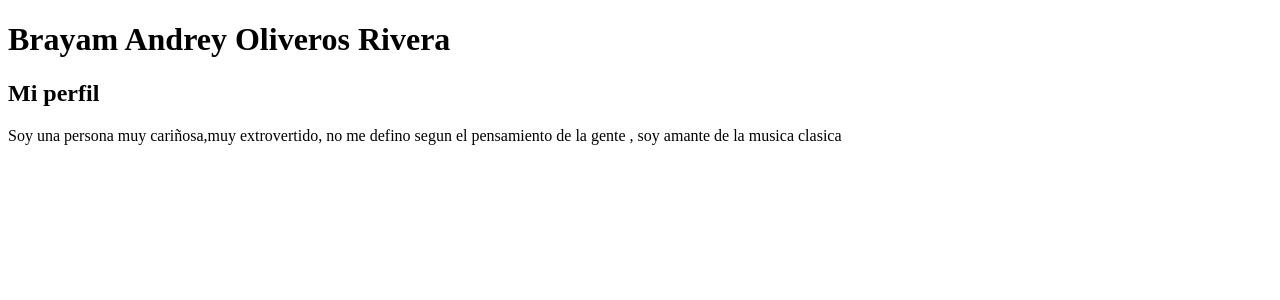
Repository: AndreyRi13/clasesweb
Page: index.html
These files come from the project's save history. The page is drawn as it stood at one moment and after a run of saves; the edit follows.
The browser window is 1280 px wide. The pictures show the whole page.

Above is the page before, as saved 2020-09-17 07:21:40.

### index.html
<!DOCTYPE html>
<html lang="en">
<head>
    <meta charset="UTF-8">
    <meta name="viewport" content="width=device-width, initial-scale=1.0">

    <title>Mi primera pagina</title>
</head>
<body>
<h1>Brayam Andrey Oliveros Rivera</h1>

  <h2>Mi perfil</h2>

  <p>Soy una persona muy cariñosa,muy extrovertido, no me defino segun el pensamiento de la gente , soy amante de la musica clasica</p>

</body>
</html>

After the next 2 saves:
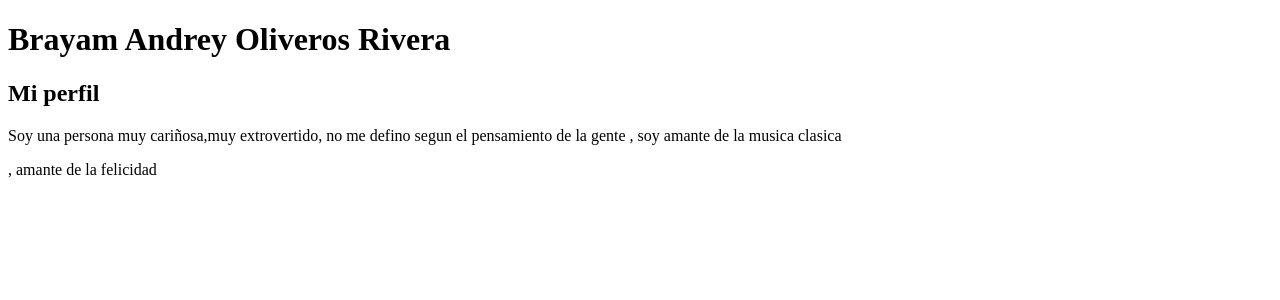
The 2 saves are shown as one change because they came seconds apart.
The last was saved 7 s later.
--- a/index.html
+++ b/index.html
@@ -12,6 +12,6 @@
   <h2>Mi perfil</h2>
 
   <p>Soy una persona muy cariñosa,muy extrovertido, no me defino segun el pensamiento de la gente , soy amante de la musica clasica</p>
-
+    <p>, amante de la felicidad </p>
 </body>
 </html>
